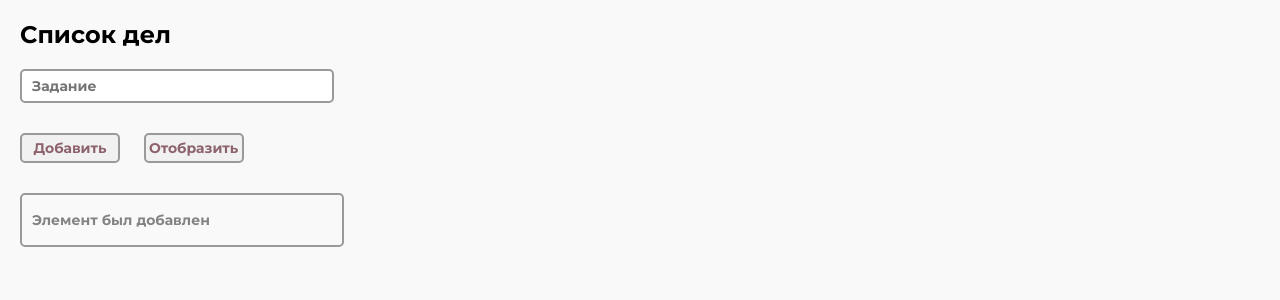
Repository: andbaik/it_unit9
Page: index.html
The author's editor kept a copy of each file at every save. The page is drawn from the files as they stood at one save, then again after the next save.
The browser window is 1280 px wide. The pictures show the whole page.

Above is the page before, as saved 2021-04-10 20:40:53.
Console error: ReferenceError: f is not defined

### index.html
<!DOCTYPE html>
<html lang="ru">
<head>
    <meta charset="UTF-8">
    <meta http-equiv="X-UA-Compatible" content="IE=edge">
    <meta name="viewport" content="width=device-width, initial-scale=1.0">
    <title>Список дел</title>
    <link rel="stylesheet" href="/css/style.css">
</head>
<body>

    <head>
        <h1>Список дел</h1>
    </head>
    <section>
        <input type="text" name="task" id="task" placeholder="Задание">
        <div class="btn-block">
        <button id="add_btn" class="add-task btn">Добавить</button>
        <button id="show_btn" class="show-task btn">Отобразить</button>
        </div>
        <div id="result"> Элемент был добавлен</div>
    </section>
    <script src="https://ajax.googleapis.com/ajax/libs/jquery/3.6.0/jquery.min.js"></script>
    <script>
        $("#result").toggle();
        $("#add_btn").on('click',f);
    </script>
</body>
</html>

### css/style.css
@import url('https://fonts.googleapis.com/css2?family=Montserrat:wght@400;700&display=swap');

* {
    margin: 0;
    padding: 0;
    font-family: 'Montserrat', sans-serif;
    font-size: 14px;
}

body {
    margin: 20px;
    background-color: #FAF9FA;

}

h1 {
    font-size: 24px;
}

input {
    width: 300px;
    height: 30px;
    border: 2px solid #9B9A9B;
    border-radius: 5px;
    color: #6B6A6B;
    outline: none;
    padding-left: 10px;
    font-weight: 700;
    margin: 20px 0;
}

input:focus{
    border-color: #8C636B;
    color: #8C636B;
}

section .btn-block{
    margin: 10px 0;
}

.btn {
    width: 100px;
    height: 30px;
    background-color: #F2F1F2;
    color: #8C636B;
    border: 2px solid #9B9A9B;
    border-radius: 5px;
    font-weight: 700;
    outline: none;

}

.btn:hover {
    border-color: rgb(151, 24, 24);
    background-color: #8C636B;
    color: white;
}

.show-task{
    margin-left: 20px;
}

#result {
    width: 300px;
    height: 30px;
    border: 2px solid #9B9A9B;
    border-radius: 5px;
    line-height: 30px;
    font-weight: 700;
    color: #848384;
    padding: 10px;
    margin: 30px 0;
    display: none;
}

.add-el{
    color: #5C5B5C;
}

After the next save:
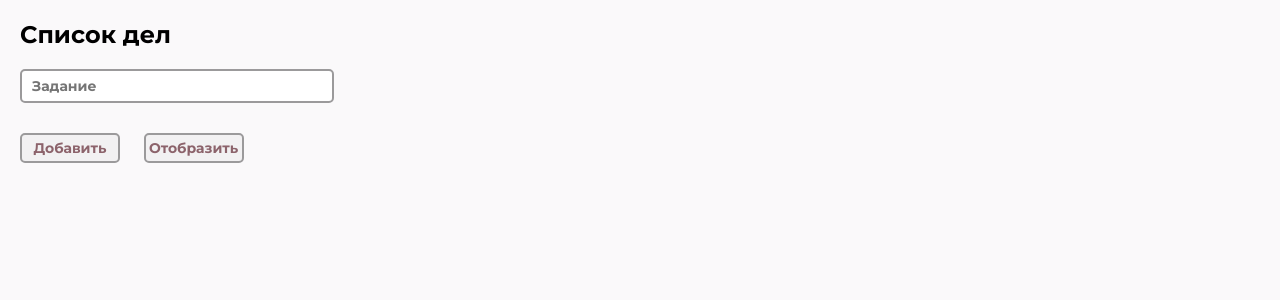
Console error: SyntaxError: Unexpected token ')'
Saved 10 s later.
--- a/index.html
+++ b/index.html
@@ -23,7 +23,7 @@
     <script src="https://ajax.googleapis.com/ajax/libs/jquery/3.6.0/jquery.min.js"></script>
     <script>
         $("#result").toggle();
-        $("#add_btn").on('click',f);
+        $("#add_btn").on('click',function());
     </script>
 </body>
 </html>

After the save that followed:
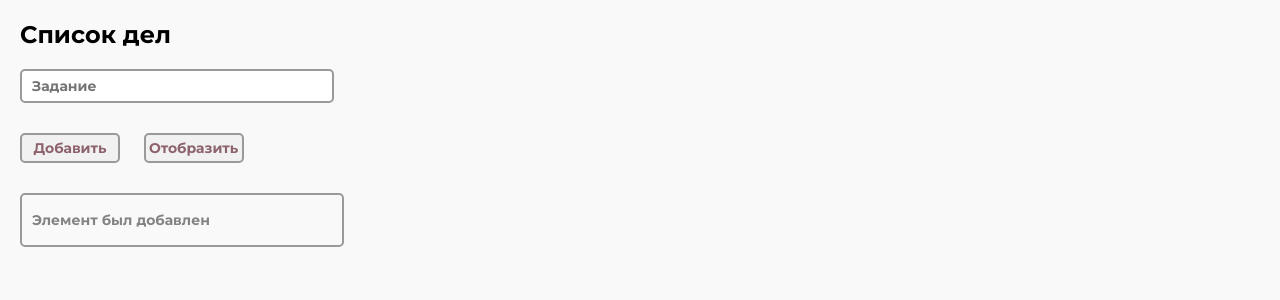
The error is gone.
Saved 4 s later.
--- a/index.html
+++ b/index.html
@@ -23,7 +23,9 @@
     <script src="https://ajax.googleapis.com/ajax/libs/jquery/3.6.0/jquery.min.js"></script>
     <script>
         $("#result").toggle();
-        $("#add_btn").on('click',function());
+        $("#add_btn").on('click',function(){
+
+        });
     </script>
 </body>
 </html>
